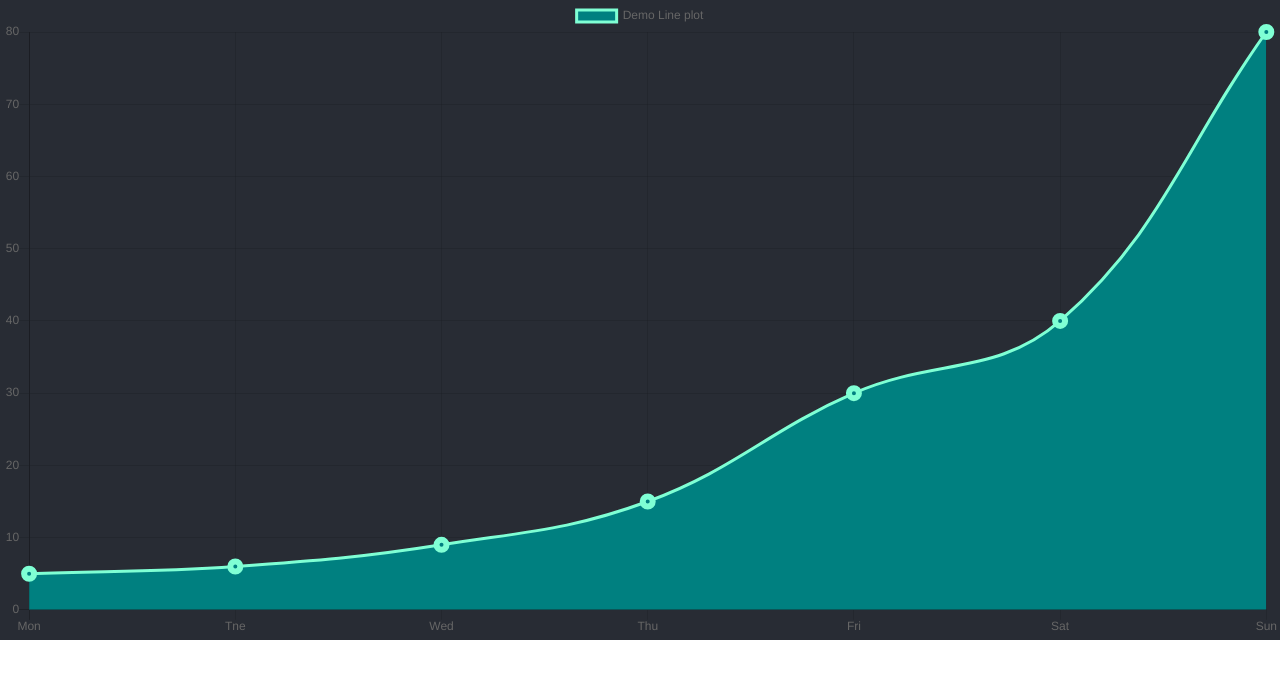
Repository: ShunsukeTanizaki/COVID19-Live
Page: /
An editor plug-in stored every save of this project. The page is shown before and after the next save, followed by the edit.
The browser window is 1280 px wide. The pictures show the whole page.
The project was rebuilt for these pictures with package versions that can differ from the ones it lists, and the page was loaded fresh each time.

Above is the page before, as saved 2020-11-04 23:43:46.

### src/App.tsx
import React from "react";
import logo from "./logo.svg";
import "./App.css";
import LinePlot from "./components/LinePlot";

function App() {
    return (
        <div className="App">
            <LinePlot />
        </div>
    );
}

export default App;

### src/App.css
.App {
    background-color: #282c34;
    text-align: center;
}

.App-logo {
    height: 40vmin;
    pointer-events: none;
}

@media (prefers-reduced-motion: no-preference) {
    .App-logo {
        animation: App-logo-spin infinite 20s linear;
    }
}

.App-header {
    background-color: #282c34;
    min-height: 100vh;
    display: flex;
    flex-direction: column;
    align-items: center;
    justify-content: center;
    font-size: calc(10px + 2vmin);
    color: white;
}

.App-link {
    color: #61dafb;
}

@keyframes App-logo-spin {
    from {
        transform: rotate(0deg);
    }
    to {
        transform: rotate(360deg);
    }
}

### src/components/LinePlot.tsx
import React from "react";
import { Line } from "react-chartjs-2";

const data = {
    labels: ["Mon", "Tne", "Wed", "Thu", "Fri", "Sat", "Sun"],
    datasets: [
        {
            label: "Demo Line plot",
            backgroundColor: "#008080",
            borderColor: "#7fffd4",
            pointBorderWidth: 10,
            data: [5, 6, 9, 15, 30, 40, 80]
        }
    ]
};

const LinePlot: React.FC = () => {
    return (
        <div>
            <Line data={data} />
        </div>
    );
};

export default LinePlot;

Loaded but not shown: public/index.html (common file); src/index.tsx (common file); src/index.css (common file); src/reportWebVitals.ts (common file)

After the next save:
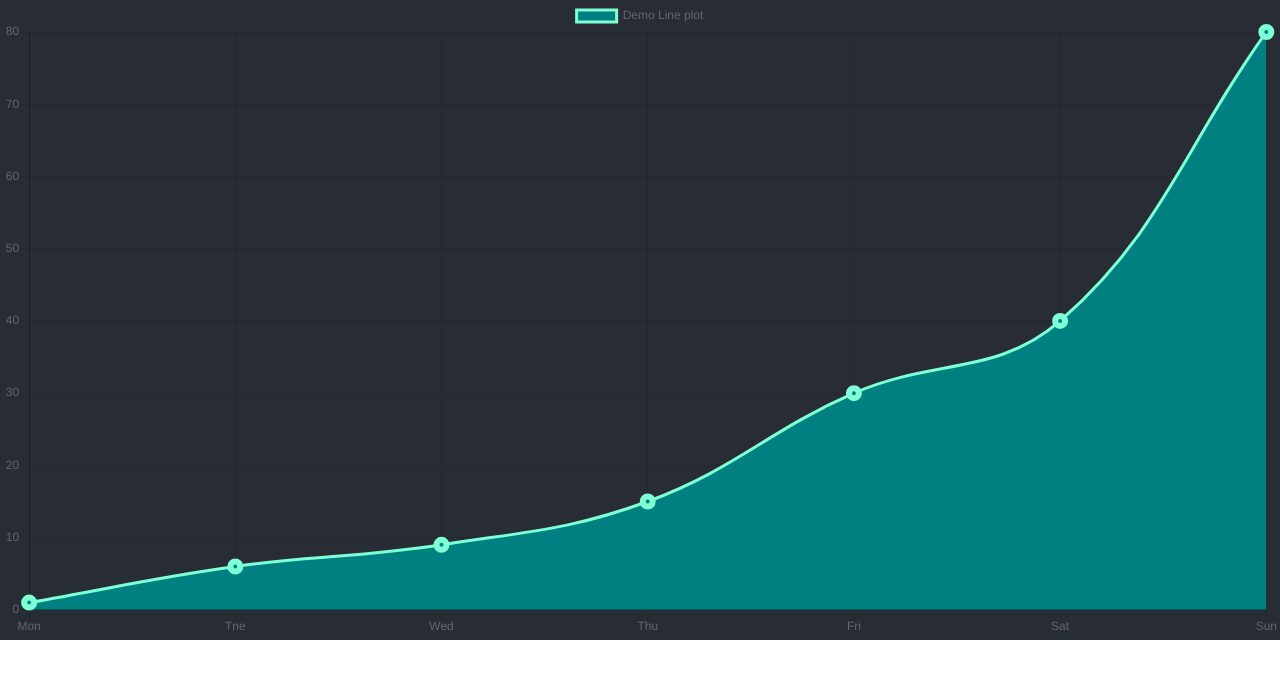
Saved 23 h 56 min later.
--- a/src/components/LinePlot.tsx
+++ b/src/components/LinePlot.tsx
@@ -9,7 +9,7 @@ const data = {
             backgroundColor: "#008080",
             borderColor: "#7fffd4",
             pointBorderWidth: 10,
-            data: [5, 6, 9, 15, 30, 40, 80]
+            data: [1, 6, 9, 15, 30, 40, 80]
         }
     ]
 };
